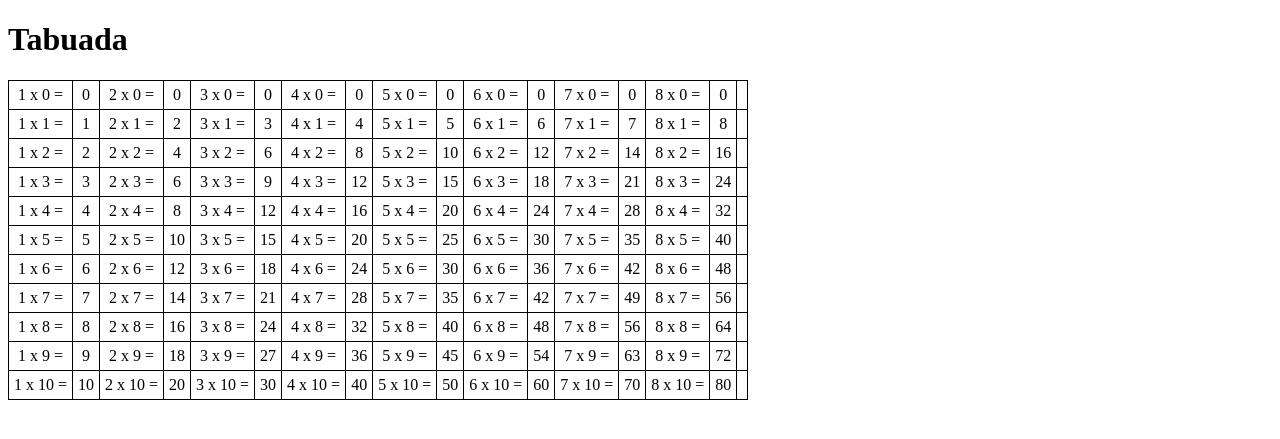
Repository: JulioCesarSF/Java
Page: http://localhost/Exercicio_02-JSPs/tabuada.jsp
These files come from the project's save history. The page is drawn as it stood at one moment and after the next save; the edit follows.
The browser window is 1280 px wide. The pictures show the whole page.
The page is served by Tomcat 9. Other server files are loaded and not shown.

Above is the page before, as saved 2016-08-17 18:28:31.

### ProjetosFaculdade/Thiago/Exercicio_02-JSPs/WebContent/tabuada.jsp
<%@page import="org.apache.jasper.tagplugins.jstl.core.Out"%>
<%@ page language="java" contentType="text/html; charset=ISO-8859-1"
	pageEncoding="ISO-8859-1"%>
<!DOCTYPE html PUBLIC "-//W3C//DTD HTML 4.01 Transitional//EN" "http://www.w3.org/TR/html4/loose.dtd">
<html>
<head>
<meta http-equiv="Content-Type" content="text/html; charset=ISO-8859-1">
<title>Tabuada</title>
<link rel="" type="">
<link rel="stylesheet" type="text/css" href="estilo.css">
</head>
<body>
	<div>
		<h1>Tabuada</h1>
	</div>

	<table>
		<!-- 1 -->
		<%
			int n = 1;
			for (int i = 0; i < 11; i++) {
				System.out.println(n + " x " + i + " = " + (n*i));
		%>

		<tr>
			<td><%=n%> x <%=i%> =</td>
			<td><%=n*i%>

			<% n++; %>
			<td><%=n%> x <%=i%> =</td>
			<td><%=n*i%>

			<% n++; %>
			<td><%=n%> x <%=i%> =</td>
			<td><%=n*i%>

			<% n++; %>
			<td><%=n%> x <%=i%> =</td>
			<td><%=n*i%>

			<% n++; %>
			<td><%=n%> x <%=i%> =</td>
			<td><%=n*i%>

			<% n++; %>
			<td><%=n%> x <%=i%> =</td>
			<td><%=n*i%>

			<% n++; %>
			<td><%=n%> x <%=i%> =</td>
			<td><%=n*i%>

			<% n++; %>
			<td><%=n%> x <%=i%> =</td>
			<td><%=n*i%>

			<td>
		</tr>

		<%
			n = 1;
			}
		%>

	</table>

</body>
</html>

### ProjetosFaculdade/Thiago/Exercicio_02-JSPs/WebContent/estilo.css
table{
	border-collapse: collapse;
}

td{
	border: 1px solid black;
	padding: 5px;
	text-align: center;
}

After the next save:
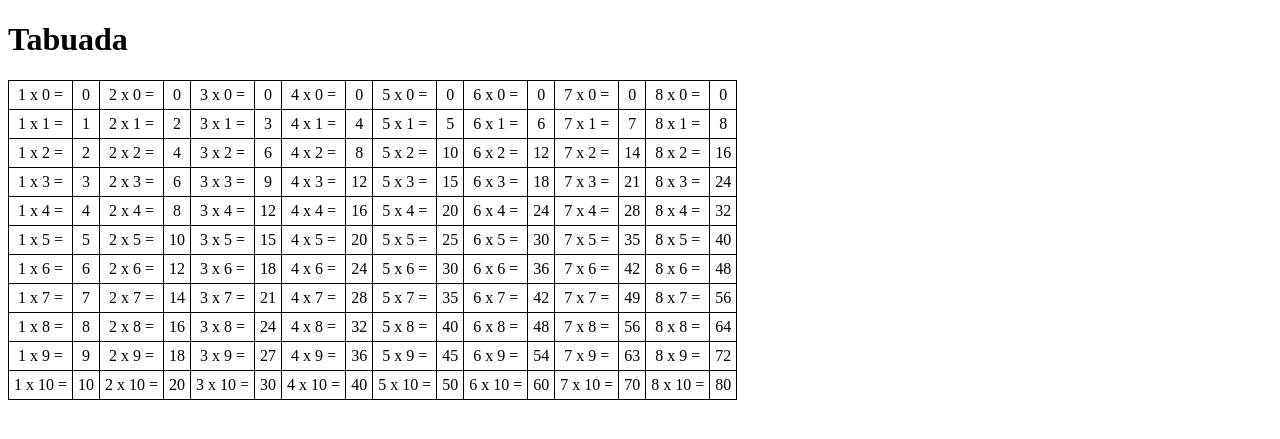
Saved 25 s later.
--- a/ProjetosFaculdade/Thiago/Exercicio_02-JSPs/WebContent/tabuada.jsp
+++ b/ProjetosFaculdade/Thiago/Exercicio_02-JSPs/WebContent/tabuada.jsp
@@ -54,7 +54,6 @@
 			<td><%=n%> x <%=i%> =</td>
 			<td><%=n*i%>
 
-			<td>
 		</tr>
 
 		<%
